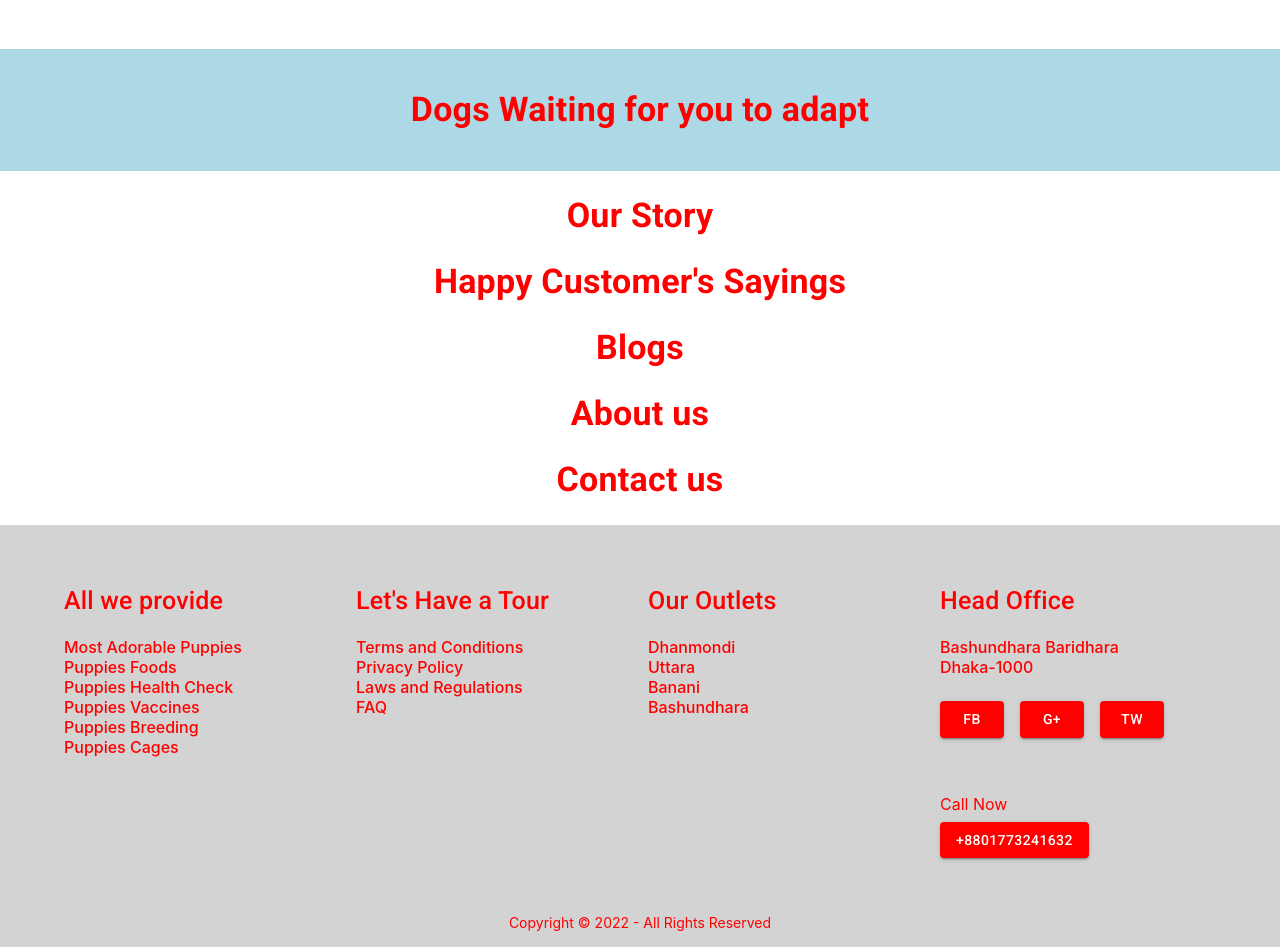
Repository: Sharif-00112/dogos-paradise-client
Page: /
An editor plug-in stored every save of this project. The page is shown before and after the next save, followed by the edit.
The browser window is 1280 px wide. The pictures show the part of the page from y = 1041 to 1988 px (the page is 1988 px tall before and 1908 px after).
The page's requests for data from a server got no answer. The project was rebuilt for these pictures with package versions that can differ from the ones it lists, and the page was loaded fresh each time. Some packages were replaced by stand-ins written for this rebuild. No one was signed in, and anything a server would have sent is missing. Also part of the build but not shown: src/Pages/Home/Dog/Dog.js, src/Pages/Login/Login/Login.js, src/Pages/Login/Register/Register.js, src/Pages/NotFound/NotFound.js.

Above is the page before, as saved 2022-12-02 15:51:47.

### public/index.html
<!DOCTYPE html>
<html lang="en">
  <head>
    <meta charset="utf-8" />
    <link rel="icon" href="%PUBLIC_URL%/favicon.ico" />
    <meta name="viewport" content="width=device-width, initial-scale=1" />
    <meta name="theme-color" content="#000000" />
    <meta
      name="description"
      content="Web site created using create-react-app"
    />
    <link
      rel="stylesheet" href="https://fonts.googleapis.com/css?family=Roboto:300,400,500,700&display=swap"
    />

    <link rel="apple-touch-icon" href="%PUBLIC_URL%/logo192.png" />
    <!--
      manifest.json provides metadata used when your web app is installed on a
      user's mobile device or desktop. See https://developers.google.com/web/fundamentals/web-app-manifest/
    -->
    <link rel="manifest" href="%PUBLIC_URL%/manifest.json" />
    <!--
      Notice the use of %PUBLIC_URL% in the tags above.
      It will be replaced with the URL of the `public` folder during the build.
      Only files inside the `public` folder can be referenced from the HTML.

      Unlike "/favicon.ico" or "favicon.ico", "%PUBLIC_URL%/favicon.ico" will
      work correctly both with client-side routing and a non-root public URL.
      Learn how to configure a non-root public URL by running `npm run build`.
    -->
    <title>React App</title>
  </head>
  <body>
    <noscript>You need to enable JavaScript to run this app.</noscript>
    <div id="root"></div>
    <!--
      This HTML file is a template.
      If you open it directly in the browser, you will see an empty page.

      You can add webfonts, meta tags, or analytics to this file.
      The build step will place the bundled scripts into the <body> tag.

      To begin the development, run `npm start` or `yarn start`.
      To create a production bundle, use `npm run build` or `yarn build`.
    -->
  </body>
</html>

### src/App.js
import React  from 'react';
import './App.css';
import { BrowserRouter as Router, Route, Routes} from 'react-router-dom';
import Home from './Pages/Home/Home/Home';
import Login from './Pages/Login/Login/Login';
import Register from './Pages/Login/Register/Register';
import AuthProvider from './contexts/AuthProvider/AuthProvider';
// import PrivateRoute from './Pages/Login/PrivateRoute/PrivateRoute';
import NotFound from './Pages/NotFound/NotFound';
import Contact from './Pages/Home/Contact/Contact';
import Story from './Pages/Home/Story/Story';
import CustomerReviews from './Pages/Home/CustomerReviews/CustomerReviews';
import Blogs from './Pages/Home/Blogs/Blogs';
import About from './Pages/Home/About/About';
import Dogs from './Pages/Home/Dogs/Dogs';
// import Footer from './Pages/Shared/Footer/Footer';
// import Dashboard from './Pages/Dashboard/Dashboard/Dashboard';

function App() {
  return (
    <div className="App">
      <AuthProvider>
        <Router>
          <Routes>
            <Route exact path = '/' element={<Home/>}/>
            <Route exact path = '/home' element={<Home/>}/>
            <Route exact path = '/login' element={<Login/>}/>
            <Route exact path = '/register' element={<Register/>}/>
            <Route exact path = '/contact' element={<Contact/>}/>
            <Route exact path = '/dogs' element={<Dogs/>}/>
            <Route exact path = '/story' element={<Story/>}/>
            <Route exact path = '/reviews' element={<CustomerReviews/>}/>
            <Route exact path = '/blogs' element={<Blogs/>}/>
            <Route exact path = '/about' element={<About/>}/>
            {/* <Route exact path = '/appointment' element = {
              <PrivateRoute>
                <Appointment></Appointment>
              </PrivateRoute>
            }> </Route> */}
            {/* <Route path = 'dashboard/*' element = {
              <PrivateRoute>
                <Dashboard></Dashboard>
              </PrivateRoute>
            }> </Route> */}
            <Route path = '*' element={<NotFound/>}/>
          </Routes>
          {/* <Footer></Footer> */}
        </Router>
      </AuthProvider>
    </div>
  );
}

export default App;

### src/Pages/Home/Home/Home.js
import React from 'react';
import Footer from '../../Shared/Footer/Footer';
import Navigation from '../../Shared/Navigation/Navigation';
import About from '../About/About';
import Banner from '../Banner/Banner';
import Blogs from '../Blogs/Blogs';
import Contact from '../Contact/Contact';
import CustomerReviews from '../CustomerReviews/CustomerReviews';
import Dogs from '../Dogs/Dogs';
import Story from '../Story/Story';

const Home = () => {
    return (
        <div>
            <Navigation></Navigation>
            <Banner></Banner>
            <Dogs></Dogs>
            <Story></Story>
            <CustomerReviews></CustomerReviews>
            <Blogs></Blogs>
            <About></About>
            <Contact></Contact>
            <Footer></Footer>
        </div>
    );
};

export default Home;

### src/contexts/AuthProvider/AuthProvider.js
import React from 'react';
import { createContext } from 'react';
import useFirebase from '../../hooks/useFirebase';

//step-1-context
export const AuthContext = createContext();

const AuthProvider = (props) => {
    //step-3-context
    const {children} = props;

    //step-5-context
    const allContexts = useFirebase();

    return (
        //step-2-context
        <AuthContext.Provider value={allContexts}>
            {children}
        </AuthContext.Provider>
    );
};

export default AuthProvider;

### src/Pages/Home/Contact/Contact.js
import React from 'react';
import { Typography } from '@mui/material';

const Contact = () => {
    return (
        <div>
            <Typography sx={{ m: 3, color: 'red', fontWeight: 600 }} variant="h4" component="div">
                Contact us
            </Typography>
        </div>
    );
};

export default Contact;

### src/Pages/Home/Story/Story.js
import React from 'react';
import { Typography } from '@mui/material';


const Story = () => {
    return (
        <div>
            <Typography sx={{ m: 3, color: 'red', fontWeight: 600 }} variant="h4" component="div">
                Our Story
            </Typography>
        </div>
    );
};

export default Story;

### src/Pages/Home/CustomerReviews/CustomerReviews.js
import React from 'react';
import { Typography } from '@mui/material';


const CustomerReviews = () => {
    return (
        <div>
            <Typography sx={{ m: 3, color: 'red', fontWeight: 600 }} variant="h4" component="div">
                Happy Customer's Sayings
            </Typography>
        </div>
    );
};

export default CustomerReviews;

### src/Pages/Home/Blogs/Blogs.js
import React from 'react';
import { Typography } from '@mui/material';


const Blogs = () => {
    return (
        <div>
            <Typography sx={{ m: 3, color: 'red', fontWeight: 600 }} variant="h4" component="div">
                Blogs
            </Typography>
        </div>
    );
};

export default Blogs;

### src/Pages/Home/About/About.js
import React from 'react';
import { Typography } from '@mui/material';

const About = () => {
    return (
        <div>
            <Typography sx={{ m: 3, color: 'red', fontWeight: 600 }} variant="h4" component="div">
                About us
            </Typography>
        </div>
    );
};

export default About;

### src/Pages/Home/Dogs/Dogs.js
import React, { useEffect, useState } from 'react';
import Box from '@mui/material/Box';
import Grid from '@mui/material/Unstable_Grid2';
import Typography from '@mui/material/Typography';
import { Container } from '@mui/material';
import Dog from '../Dog/Dog';

// const dogs = [
//     {
//         title: "Siberian Husky",
//         age: '13',
//         breed: 'Mixed',
//         image: 'https://i.ibb.co/VV1yxdy/dog-1.jpg',
//         price: 700,
//         description: 'Lorem ipsum dolor sit amet, consectetur adipisicing elit. Quo, magni ab. Sed aut nesciunt neque laudantium culpa sit? Possimus, id.'
//     },
//     {
//         title: "German Shepherd",
//         age: '8',
//         breed: 'Mixed',
//         image: 'https://i.ibb.co/tZcvfCd/dog-2.jpg',
//         price: 700,
//         description: 'Lorem ipsum dolor sit amet, consectetur adipisicing elit. Quo, magni ab. Sed aut nesciunt neque laudantium culpa sit? Possimus, id.'
//     },
//     {
//         title: "Golden Retriever",
//         age: '5',
//         breed: 'Mixed',
//         image: 'https://i.ibb.co/YPHDzsb/dog-3.jpg',
//         price: 700,
//         description: 'Lorem ipsum dolor sit amet, consectetur adipisicing elit. Quo, magni ab. Sed aut nesciunt neque laudantium culpa sit? Possimus, id.'
//     },
//     {
//         title: "Bulldog",
//         age: '6',
//         breed: 'Mixed',
//         image: 'https://i.ibb.co/bjty4nS/dog-4.jpg',
//         price: 700,
//         description: 'Lorem ipsum dolor sit amet, consectetur adipisicing elit. Quo, magni ab. Sed aut nesciunt neque laudantium culpa sit? Possimus, id.'
//     },
//     {
//         title: "Irish Setter",
//         age: '9',
//         breed: 'Mixed',
//         image: 'https://i.ibb.co/QPSnF0t/dog-5.jpg',
//         price: 700,
//         description: 'Lorem ipsum dolor sit amet, consectetur adipisicing elit. Quo, magni ab. Sed aut nesciunt neque laudantium culpa sit? Possimus, id.'
//     },
//     {
//         title: "Brussels Griffon",
//         age: '4',
//         breed: 'Mixed',
//         image: 'https://i.ibb.co/z5kJHB2/dog-6.jpg',
//         price: 700,
//         description: 'Lorem ipsum dolor sit amet, consectetur adipisicing elit. Quo, magni ab. Sed aut nesciunt neque laudantium culpa sit? Possimus, id.'
//     },
//     {
//         title: "Newfoundland",
//         age: '15',
//         breed: 'Mixed',
//         image: 'https://i.ibb.co/mD4CtfC/dog-7.jpg',
//         price: 700,
//         description: 'Lorem ipsum dolor sit amet, consectetur adipisicing elit. Quo, magni ab. Sed aut nesciunt neque laudantium culpa sit? Possimus, id.'
//     },
//     {
//         title: "French Bulldog",
//         age: '7',
//         breed: 'Mixed',
//         image: 'https://i.ibb.co/PCQT44S/dog-8.jpg',
//         price: 700,
//         description: 'Lorem ipsum dolor sit amet, consectetur adipisicing elit. Quo, magni ab. Sed aut nesciunt neque laudantium culpa sit? Possimus, id.'
//     },
//     {
//         title: "Beagle",
//         age: '12',
//         breed: 'Mixed',
//         image: 'https://i.ibb.co/XLvC5BW/dog-9.jpg',
//         price: 700,
//         description: 'Lorem ipsum dolor sit amet, consectetur adipisicing elit. Quo, magni ab. Sed aut nesciunt neque laudantium culpa sit? Possimus, id.'
//     },
//     {
//         title: "Poodle",
//         age: '15',
//         breed: 'Mixed',
//         image: 'https://i.ibb.co/rxMv41c/dog-10.jpg',
//         price: 700,
//         description: 'Lorem ipsum dolor sit amet, consectetur adipisicing elit. Quo, magni ab. Sed aut nesciunt neque laudantium culpa sit? Possimus, id.'
//     }
// ]

const Dogs = () => {
    const [dogs, setDogs] = useState([]);

    useEffect(() => {
        fetch('http://localhost:3005/dogs')
        .then(res => res.json())
        .then(data => setDogs(data))
    }, []);

    return (
        <div>
            <Box sx={{ flexGrow: 1, backgroundColor:"lightblue", py:5 }}>
                <Container>
                    <Typography sx={{ pb:3, color: 'red', fontWeight: 600 }} variant="h4" component="div">
                        Dogs Waiting for you to adapt
                    </Typography>

                    <Grid container spacing={{ xs: 2, md: 3 }} columns={{ xs: 4, sm: 8, md: 12 }}>
                        {
                            dogs.map(dog => (
                                <Grid xs={2} sm={4} md={4} key={dog._id}>
                                    <Dog
                                        key= {dog._id}
                                        dog = {dog}
                                    ></Dog>
                                </Grid>
                            ))
                        }
                    </Grid>
                </Container>
            </Box>
        </div>
    );
};

export default Dogs;

### src/Pages/Shared/Footer/Footer.js
import React from 'react';
import { Typography } from '@mui/material';
import { Container } from '@mui/system';
import Box from '@mui/material/Box';
import Grid from '@mui/material/Unstable_Grid2';
import { Link } from 'react-router-dom';
import { Button } from '@mui/material';


const Footer = () => {
    return (
        <div style={{ backgroundColor: 'lightgray' }}>
        <Container sx={{ py: 5, px:10 }}>
            <Box sx={{ flexGrow: 1 }}>
                <Grid container spacing={2}>
                    <Grid item style={{ textAlign: 'left'}} xs={6} md={3}>
                        <Typography sx={{ my:2, fontSize: 18, fontWeight: 600 }} style={{color: 'red', fontWeight: 500, fontSize: 25 }} variant="h6" component="div">
                            All we provide
                        </Typography>
                        <Link
                            style={{ textDecoration:'none', color: 'red', fontWeight: 500, fontSize: 16 }}
                            to = '/dogs'>
                                Most Adorable Puppies
                        </Link>
                        <br />
                        <Link
                            style={{ textDecoration:'none', color: 'red', fontWeight: 500, fontSize: 16 }}
                            to = '/foods'>
                                Puppies Foods
                        </Link>
                        <br />
                        <Link
                            style={{ textDecoration:'none', color: 'red', fontWeight: 500, fontSize: 16 }}
                            to = '/checkUp'>
                                Puppies Health Check
                        </Link>
                        <br />
                        <Link
                            style={{ textDecoration:'none', color: 'red', fontWeight: 500, fontSize: 16 }}
                            to = '/vaccine'>
                                Puppies Vaccines
                        </Link>
                        <br />
                        <Link
                            style={{ textDecoration:'none', color: 'red', fontWeight: 500, fontSize: 16 }}
                            to = '/breeding'>
                                Puppies Breeding
                        </Link>
                        <br />
                        <Link
                            style={{ textDecoration:'none', color: 'red', fontWeight: 500, fontSize: 16 }}
                            to = '/cages'>
                                Puppies Cages
                        </Link>
                    </Grid>
                    <Grid item style={{ textAlign: 'left'}} xs={6} md={3}>
                        <Typography sx={{ my:2, fontSize: 18, fontWeight: 600 }} style={{color: 'red', fontWeight: 500, fontSize: 25 }} variant="h6" component="div">
                            Let's Have a Tour
                        </Typography>
                        <Link
                            style={{ textDecoration:'none', color: 'red', fontWeight: 500, fontSize: 16 }}
                            to = '/termsAndConditions'>
                                Terms and Conditions
                        </Link>
                        <br />
                        <Link
                            style={{ textDecoration:'none', color: 'red', fontWeight: 500, fontSize: 16 }}
                            to = '/privacyPolicy'>
                                Privacy Policy
                        </Link>
                        <br />
                        <Link
                            style={{ textDecoration:'none', color: 'red', fontWeight: 500, fontSize: 16 }}
                            to = '/rulesAndRegulations'>
                                Laws and Regulations
                        </Link>
                        <br />
                        <Link
                            style={{ textDecoration:'none', color: 'red', fontWeight: 500, fontSize: 16 }}
                            to = '/faq'>
                                FAQ
                        </Link>
                    </Grid>
                    <Grid item style={{ textAlign: 'left'}} xs={6} md={3}>
                        <Typography sx={{ my:2, fontSize: 18, fontWeight: 600 }} style={{color: 'red', fontWeight: 500, fontSize: 25 }} variant="h6" component="div">
                            Our Outlets
                        </Typography>
                        <Link
                            style={{ textDecoration:'none', color: 'red', fontWeight: 500, fontSize: 16 }}
                            to = '/outlets/dhanmondi'>
                                Dhanmondi
                        </Link>
                        <br />
                        <Link
                            style={{ textDecoration:'none', color: 'red', fontWeight: 500, fontSize: 16 }}
                            to = '/outlets/uttara'>
                                Uttara
                        </Link>
                        <br />
                        <Link
                            style={{ textDecoration:'none', color: 'red', fontWeight: 500, fontSize: 16 }}
                            to = '/outlets/banani'>
                                Banani
                        </Link>
                        <br />
                        <Link
                            style={{ textDecoration:'none', color: 'red', fontWeight: 500, fontSize: 16 }}
                            to = '/outlets/bashundhara'>
                                Bashundhara
                        </Link>
                    </Grid>
                    <Grid item style={{ textAlign: 'left'}} xs={6} md={3}>
                        <Typography sx={{ my:2, fontSize: 18, fontWeight: 600 }} style={{color: 'red', fontWeight: 500, fontSize: 25 }} variant="h6" component="div">
                            Head Office
                        </Typography>
                        <Typography sx={{ fontSize: 16, fontWeight: 400 }} style={{color: 'red', fontWeight: 500, fontSize: 16 }} variant="" component="div">
                                Bashundhara Baridhara <br />
                                Dhaka-1000
                        </Typography>

                        <a href="https://www.facebook.com/" target="_blank" style={{ textDecoration:'none', color:'white' }}>
                            <Button sx={{ mt:3, mr:2 }} variant="contained" style={{backgroundColor: 'red'}}>
                                FB
                            </Button>
                        </a>
                        <a href="https://www.google.com/" target="_blank" style={{ textDecoration:'none', color:'white' }}>
                            <Button sx={{ mt:3, mr:2 }} variant="contained" style={{backgroundColor: 'red'}}>
                                G+
                            </Button>
                        </a>
                        <a href="https://twitter.com/" target="_blank" style={{ textDecoration:'none', color:'white' }}>
                            <Button sx={{ mt:3, mr:2 }} variant="contained" style={{backgroundColor: 'red'}}>
                                TW
                            </Button>
                        </a>

                        <Typography sx={{ mt:7, fontSize: 16, fontWeight: 400, color:'red' }} variant="" component="div">
                                Call Now
                        </Typography>
                        <a href="tel:+8801773241632" style={{ textDecoration:'none', color:'white' }}>
                            <Button sx={{ mt:1, mr:2 }} variant="contained" style={{backgroundColor: 'red'}}>
                                +8801773241632
                            </Button>
                        </a>
                    </Grid>
                </Grid>
            </Box>
        </Container>
        <Typography sx={{ p:2, fontSize: 14, fontWeight: 400, color: 'red' }} variant="" component="div">
            Copyright &copy; 2022 - All Rights Reserved
        </Typography>
    </div>
    );
};

export default Footer;

### src/Pages/Home/Banner/Banner.js
import React from 'react';
import { Typography } from '@mui/material';

const Banner = () => {
    return (
        <div>
            {/* <Typography sx={{ m: 3, color: 'red', fontWeight: 600 }} variant="h4" component="div">
                Head Banner
            </Typography> */}
            <img style={{ width: '100%'}} src="https://i.ibb.co/Mnn0NX3/dog-cover-1.jpg" alt="dog-human playing" />
            <Typography sx={{ mt: -30, mb:20, color: 'red', fontWeight: 700 }} variant="h4" component="div">
                Dogs are not only pets;
                <br /> <br />
                They are "L O V E"
            </Typography>
        </div>
    );
};

export default Banner;

### src/hooks/useAuth.js
//step-6-context

import { useContext } from "react"
import { AuthContext } from "../../src/contexts/AuthProvider/AuthProvider"

const useAuth = () =>{
    return useContext(AuthContext);
}

export default useAuth;

### src/Pages/Login/Firebase/firebase.initialize.js
import { initializeApp } from "firebase/app";
import firebaseConfig from "./firebase.config";

const initializeAuthentication = () =>{
    initializeApp(firebaseConfig);
}

export default initializeAuthentication;

### src/Pages/Login/Firebase/firebase.config.js
// console.log(process.env);

const firebaseConfig = {
  apiKey: process.env.REACT_APP_FIREBASE_API_KEY,
  authDomain: process.env.REACT_APP_FIREBASE_AUTH_DOMAIN,
  projectId: process.env.REACT_APP_FIREBASE_PROJECT_ID,
  storageBucket: process.env.REACT_APP_FIREBASE_STORAGE_BUCKET,
  messagingSenderId: process.env.REACT_APP_FIREBASE_MESSAGING_SENDER_ID,
  appId: process.env.REACT_APP_FIREBASE_APP_ID,
  measurementId: process.env.REACT_APP_FIREBASE_MEASUREMENT_ID
};

export default firebaseConfig;

// .env.local
// REACT_APP_FIREBASE_API_KEY=AIzaSyCGaQ8G2l5KeOKX4bAJ7MC19oWW_2vnTNQ
// REACT_APP_FIREBASE_AUTH_DOMAIN=dogos-paradise.firebaseapp.com
// REACT_APP_FIREBASE_PROJECT_ID=dogos-paradise
// REACT_APP_FIREBASE_STORAGE_BUCKET=dogos-paradise.appspot.com
// REACT_APP_FIREBASE_MESSAGING_SENDER_ID=824394057307
// REACT_APP_FIREBASE_APP_ID=1:824394057307:web:727ac0c86627b9544a617e
// REACT_APP_FIREBASE_MEASUREMENT_ID=G-DL8JJ6MYSD

// const firebaseConfig = {
  // apiKey: "AIzaSyCGaQ8G2l5KeOKX4bAJ7MC19oWW_2vnTNQ",
  // authDomain: "dogos-paradise.firebaseapp.com",
  // projectId: "dogos-paradise",
  // storageBucket: "dogos-paradise.appspot.com",
  // messagingSenderId: "824394057307",
  // appId: "1:824394057307:web:727ac0c86627b9544a617e",
  // measurementId: "G-DL8JJ6MYSD"
// };

Loaded but not shown: src/index.js (common file); src/index.css (common file); src/reportWebVitals.js (common file); src/App.css (common file); src/Pages/Shared/Navigation/Navigation.js (229 lines, source omitted); src/hooks/useFirebase.js (273 lines, source omitted)

After the next save:
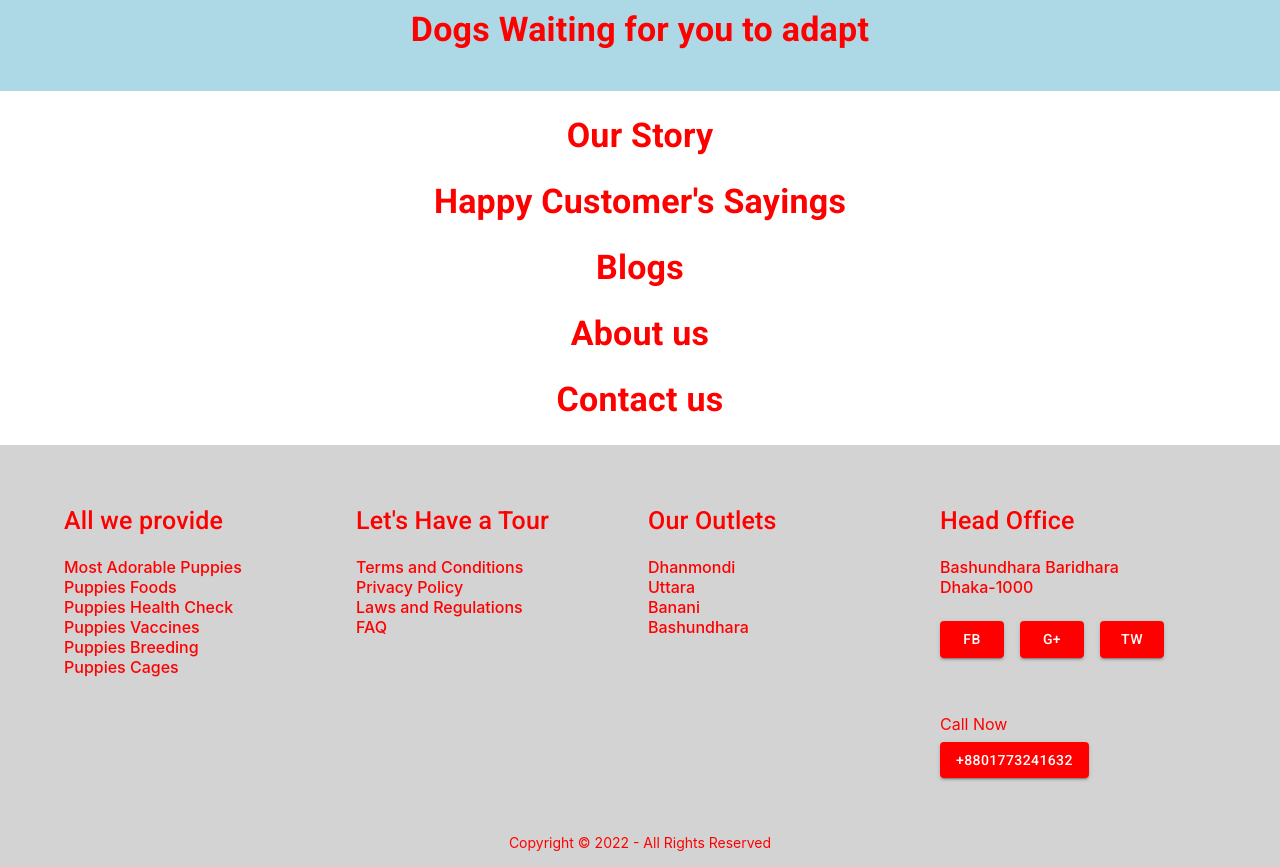
Saved 31 s later.
--- a/src/Pages/Home/Banner/Banner.js
+++ b/src/Pages/Home/Banner/Banner.js
@@ -8,7 +8,7 @@ const Banner = () => {
                 Head Banner
             </Typography> */}
             <img style={{ width: '100%'}} src="https://i.ibb.co/Mnn0NX3/dog-cover-1.jpg" alt="dog-human playing" />
-            <Typography sx={{ mt: -30, mb:20, color: 'red', fontWeight: 700 }} variant="h4" component="div">
+            <Typography sx={{ mt: -30, mb:10, color: 'red', fontWeight: 700 }} variant="h4" component="div">
                 Dogs are not only pets;
                 <br /> <br />
                 They are "L O V E"
